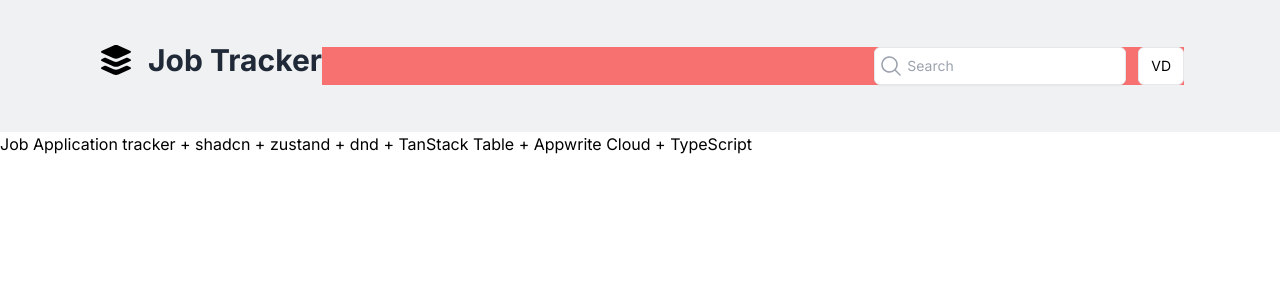
Repository: Vasil1001/job-applications-tracker-nextjs
Page: /
The author's editor kept a copy of each file at every save. The page is drawn from the files as they stood at one save, then again after the next save.
The browser window is 1280 px wide. The pictures show the whole page.
The project was rebuilt for these pictures with package versions that can differ from the ones it lists, and the page was loaded fresh each time. The framework's server and built-in components were replaced by stand-ins that run in the browser. Also part of the build but not shown: next.config.js.

Above is the page before, as saved 2023-06-24 17:23:19.

After the next save:
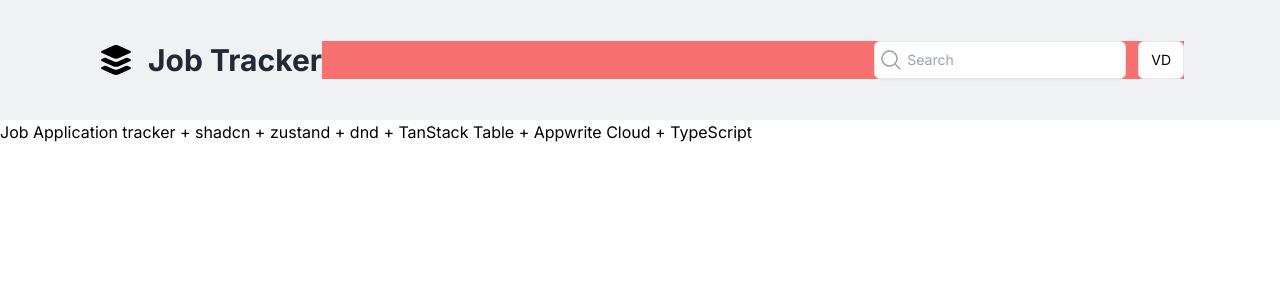
Saved 41 s later.
--- a/components/Header.tsx
+++ b/components/Header.tsx
@@ -25,7 +25,7 @@ export default function Header() {
           className="w-44 md:w-56 pb-10 md:pb-0 object-contain"
         /> */}
         {/* Logo */}
-        <div className="flex items-center font-bold text-3xl mb-3">
+        <div className="flex items-center font-bold text-3xl mb-3 sm:mb-0">
           <IoIosApps size={40} className="mr-3" />
           <span className="text-gray-800">Job Tracker</span>
         </div>
